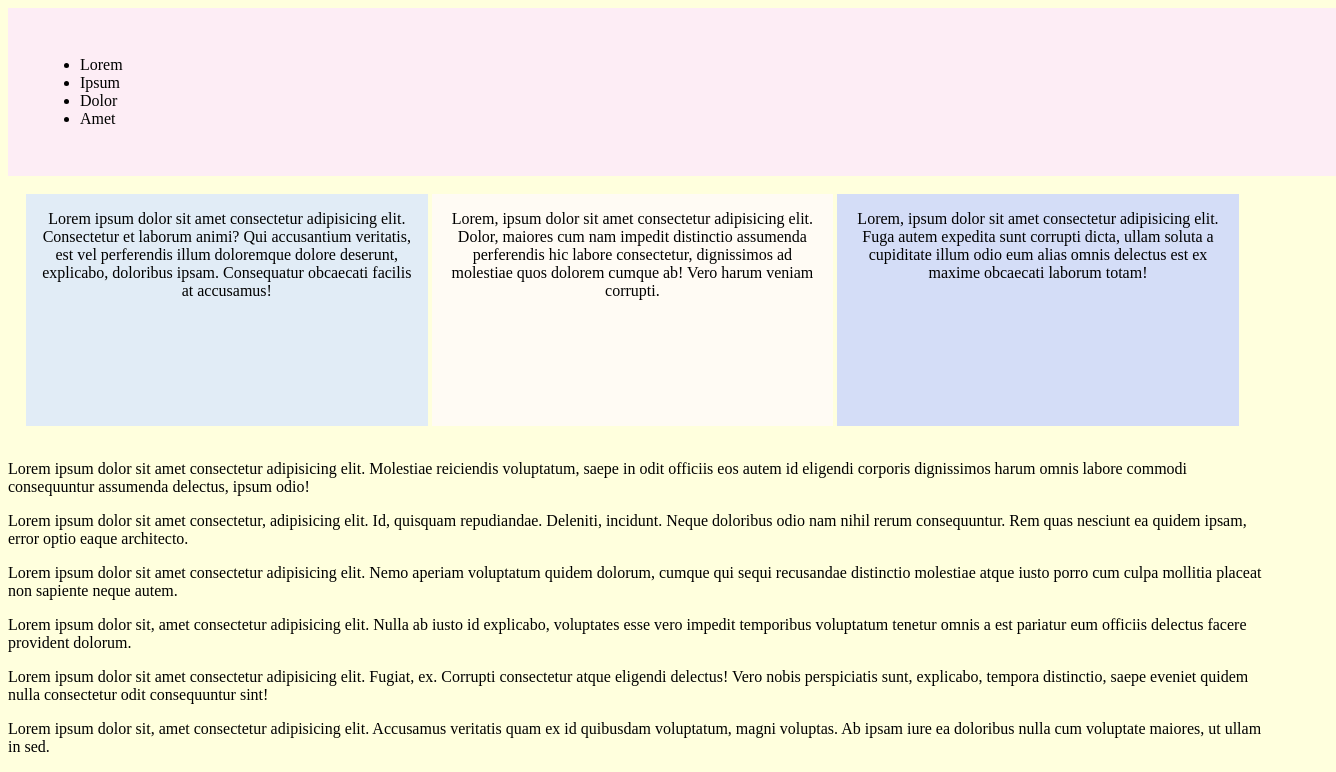
Repository: HTML-a-CSS-2/projekt-portfolio-Angelina555555
Page: .github/index.html
An editor plug-in stored every save of this project. The page is shown before and after the next save, followed by the edit.
The browser window is 1280 px wide. The page is 1336 px wide, so the pictures cover 1336 px, including what lies to the right of the window. The pictures show the whole page.

Above is the page before, as saved 2022-05-07 22:54:43.

After the next save:
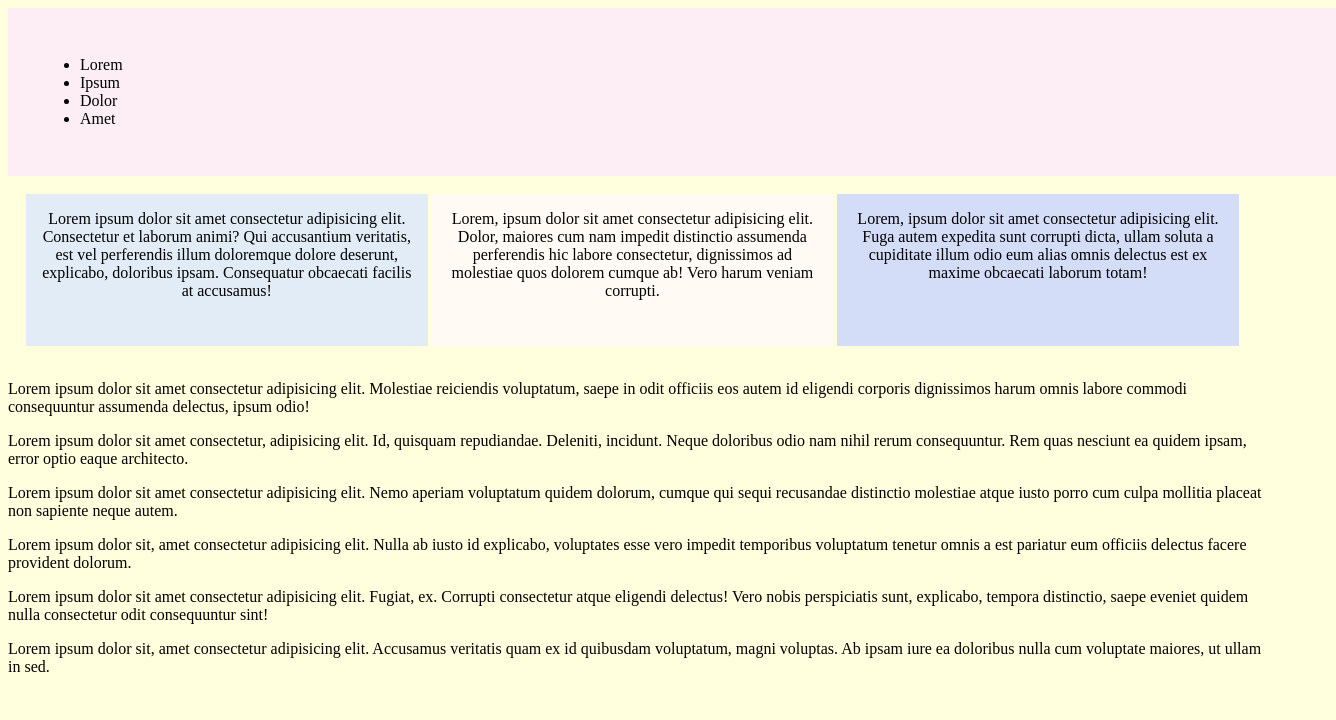
Saved 14 s later.
--- a/.github/default.css
+++ b/.github/default.css
@@ -21,7 +21,7 @@ body {
   padding: 1rem 1rem;
   margin: 2px;
   width: 30%;
-  height: 200px;
+  height: 120px;
 }
 
 .article__element-jeden--blue {
